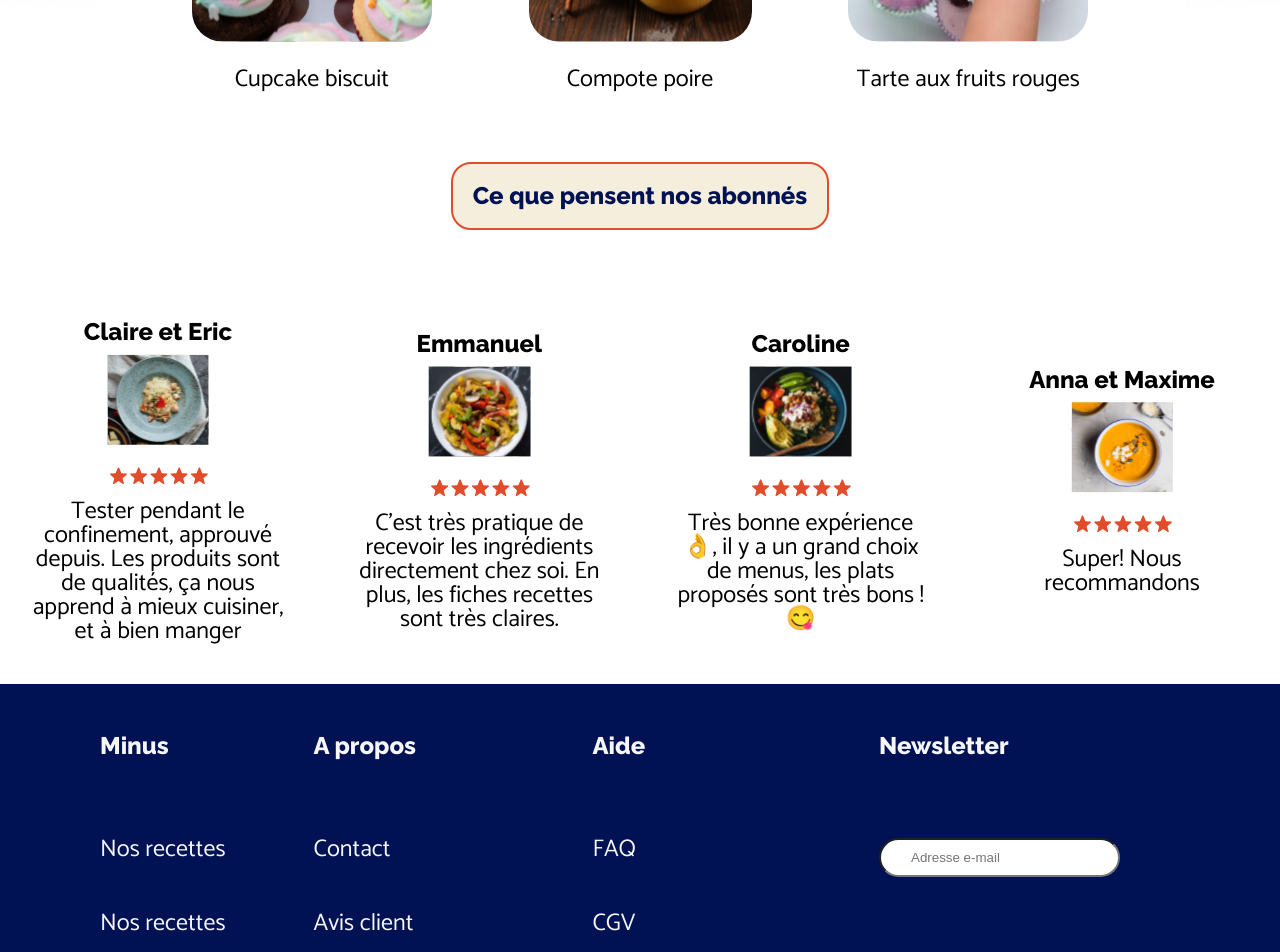
Repository: minus-team7/minus_team7
Page: minus_homepage.html
The author's editor kept a copy of each file at every save. The page is drawn from the files as they stood at one save, then again after the next save.
The browser window is 1280 px wide. The pictures show the part of the page from y = 2532 to 3484 px (the page is 3717 px tall).
A picture or video elsewhere on the page could not be fetched, so the positions and the page height are approximate.

Above is the page before, as saved 2023-02-13 09:48:52.

After the next save:
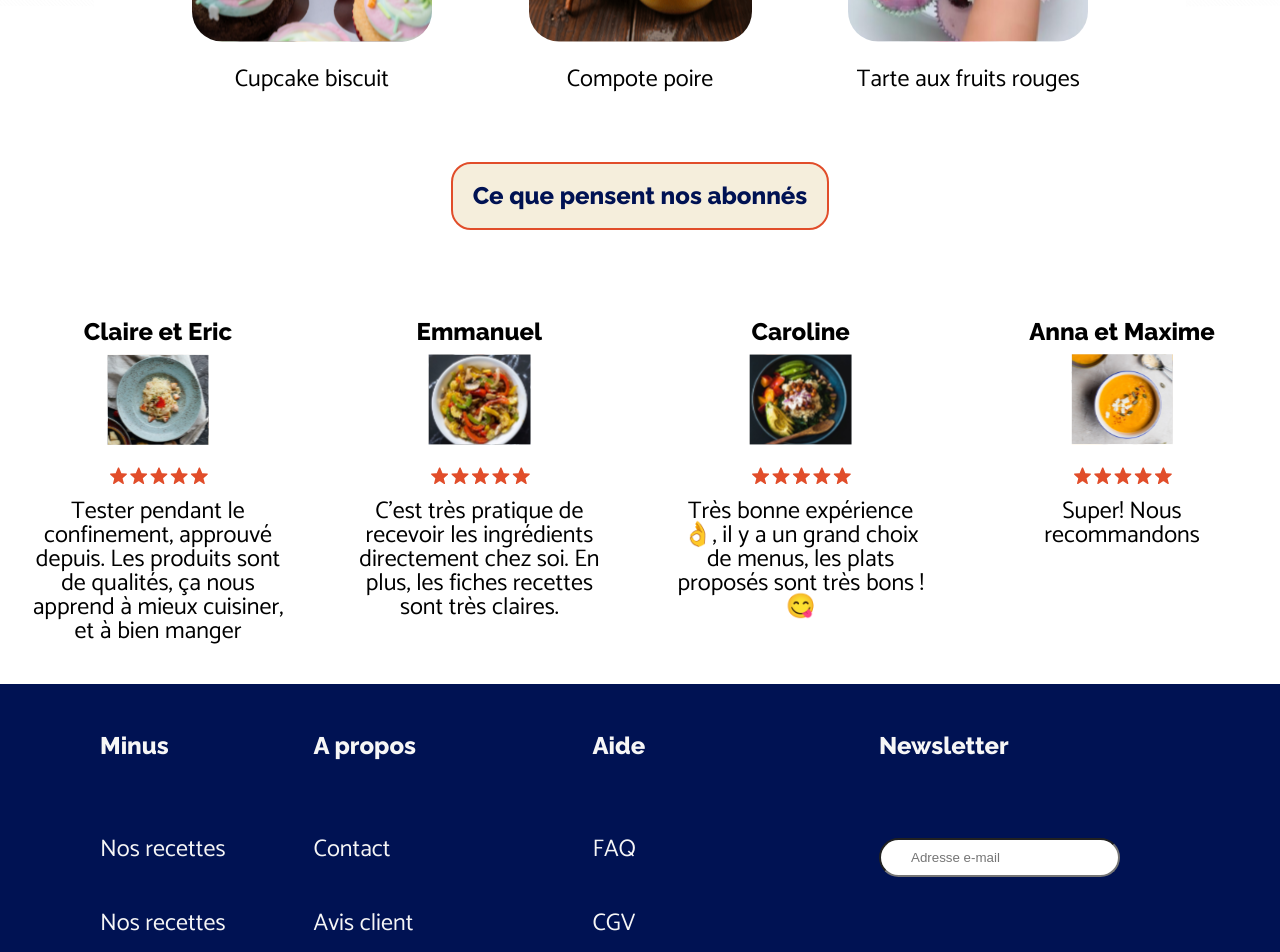
Saved 56 s later.
--- a/minus_homepage.css
+++ b/minus_homepage.css
@@ -106,7 +106,7 @@ h2{
     min-width: 220px;
     align-items: center;
     text-align: center;
-    justify-content: center;
+    justify-content: flex-start;
     margin: 40px 30px;
 }
 .avis img{
